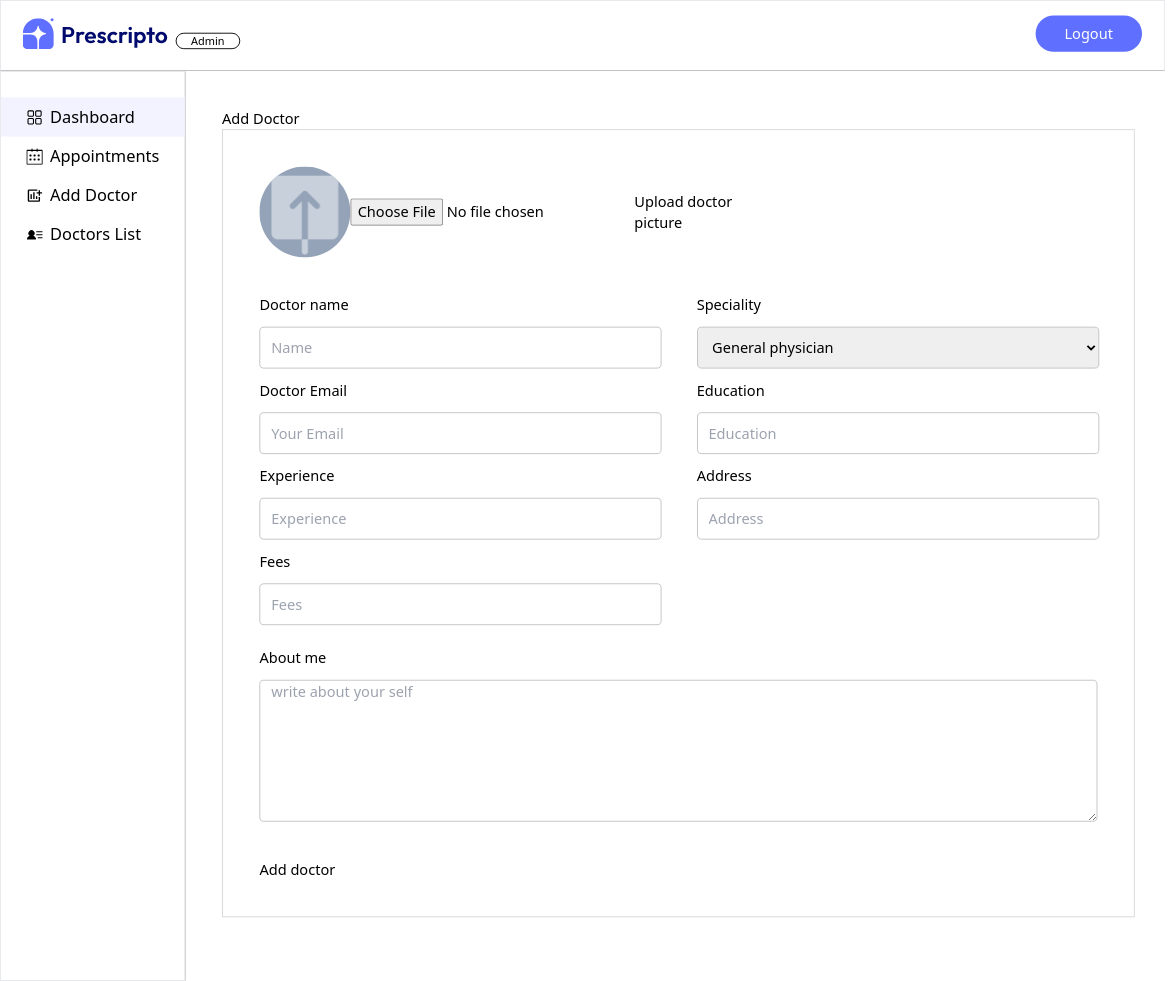
Repository: AzizHamdi99/Prescripto
Page: /addDoctor (app in AdminPanel/)
The author's editor kept a copy of each file at every save. The page is drawn from the files as they stood at one save, then again after the next save.
The browser window is 1280 px wide. The page is 1287 px wide, so the pictures cover 1287 px, including what lies to the right of the window. The pictures show the whole page, at 91% of full size.
The project was rebuilt for these pictures with package versions that can differ from the ones it lists, and the page was loaded fresh each time. Also part of the build but not shown: AdminPanel/vite.config.js.

Above is the page before, as saved 2025-01-02 15:34:02.

### AdminPanel/src/main.jsx
import { StrictMode } from 'react'
import { createRoot } from 'react-dom/client'
import './index.css'
import App from './App.jsx'
import { BrowserRouter } from "react-router-dom";

createRoot(document.getElementById('root')).render(
  <BrowserRouter>
    <App />
  </BrowserRouter>,
)

### AdminPanel/src/App.jsx
import { useState } from 'react'
import{Route,Routes} from 'react-router-dom'

import './App.css'
import Navbar from './componants/Navbar'
import SideBar from './componants/SideBar'
import AddDoctor from './componants/AddDoctor'

function App() {


  return (
    <div>
      <Navbar/>
      <div className='flex'>
      <SideBar/>
      <Routes>
      <Route path='/addDoctor' element={<AddDoctor/>}/>
      </Routes>
      </div>
    </div>

  )
}

export default App

### AdminPanel/src/componants/Navbar.jsx
import React from 'react'
import { assets } from '../../../frontend/src/assets/assets_frontend/assets'

function Navbar() {
  return (
    <div className='flex items-center justify-between px-6 py-4 pb-5 border-b-[#BEBEBE] border-[1px]  '>
        <div className='flex items-center justify-center'>
        <img src={assets.logo} alt="" className=' w-40 mr-2'  />
         <p className=' px-4 border-black border 1 rounded-xl font-light text-xs relative top-2'>Admin</p>
                </div>
        <span className='py-2 px-8 rounded-3xl bg-[#5F6FFF] text-white'>Logout</span>



    </div>
  )
}

export default Navbar

### AdminPanel/src/componants/SideBar.jsx
import React from 'react'
import { assets } from '../../../frontend/src/assets/assets_frontend/assets'
import { RxDashboard } from "react-icons/rx";
import { SlCalender } from "react-icons/sl";
import { MdAddChart } from "react-icons/md";
import { PiUserListFill } from "react-icons/pi";
import { useNavigate } from 'react-router-dom';


function SideBar() {
  const navigate=useNavigate();
  return (
    <div className='flex flex-col py-7 w-72 text-[18px] border-r-[#BEBEBE] border-[1px] h-[1000px]'>
        <div className='flex items-center gap-2  px-7 py-2 bg-[#F2F3FF] cursor-pointer'>
        <RxDashboard />
        <p>Dashboard</p>
        </div>
        <div className='flex items-center gap-2 px-7 py-2  cursor-pointer' >
        <SlCalender />
        <p>Appointments</p>
        </div>
        <div onClick={()=>navigate("/addDoctor")} className='flex items-center gap-2 px-7 py-2  cursor-pointer'>
        <MdAddChart />
        <p>Add Doctor</p>
        </div>
        <div className='flex items-center gap-2 px-7 py-2  cursor-pointer'>
        <PiUserListFill />
        <p>Doctors List</p>
        </div>

    </div>
  )
}

export default SideBar

### AdminPanel/src/componants/AddDoctor.jsx
import React from 'react'
import { assets } from '../../../frontend/src/assets/assets_frontend/assets'
import { specialityData } from '../../../frontend/src/assets/assets_frontend/assets'

function AddDoctor() {
  return (
    <div className='p-10'>
        <p>Add Doctor</p>
        <form action="" className='border-[1px] border-[#D8D8D8] p-10'>
            <div className='flex items-center'>
                <img className='bg-slate-400 rounded-[50%]' src={assets.upload_icon} alt="" />
                <input type="file" name="image" id="" />
                <p>Upload doctor <br /> picture</p>

            </div>
            <div className='grid grid-cols-2 gap-10 mt-10'>
                <div className='flex flex-col gap-3'>

                            <label htmlFor="">Doctor name</label>
                            <input type="text" placeholder='Name' className='w-[442px] h-[46px] rounded-[5px] border-[1.5px] border-[#C1C1C1] px-3' />


                            <label htmlFor="">Doctor Email</label>
                            <input type="email" placeholder='Your Email' className='w-[442px] h-[46px] rounded-[5px] border-[1.5px] border-[#C1C1C1] px-3' />



                            <label htmlFor=""> Experience</label>
                            <input type="number" placeholder='Experience'  className='w-[442px] h-[46px] rounded-[5px] border-[1.5px] border-[#C1C1C1] px-3'/>


                            <label htmlFor="">Fees</label>
                            <input type="number" placeholder='Fees' className='w-[442px] h-[46px] rounded-[5px] border-[1.5px] border-[#C1C1C1] px-3'/>

                </div>
                <div className='flex flex-col gap-3'>
                    <label htmlFor="">Speciality</label>
                    <select className='w-[442px] h-[46px] rounded-[5px] border-[1.5px] border-[#C1C1C1] px-3' name="" id="">
                        {specialityData.map((item,key)=>(
                            <option  value="">{item.speciality}</option>
                        ))}


                    </select>

                            <label htmlFor="">Education</label>
                            <input className='w-[442px] h-[46px] rounded-[5px] border-[1.5px] border-[#C1C1C1] px-3' type="text" placeholder='Education' />


                            <label htmlFor="">Address</label>
                            <input className='w-[442px] h-[46px] rounded-[5px] border-[1.5px] border-[#C1C1C1] px-3' type="number" placeholder='Address' />



                </div>
            </div>
            <div className='mt-6 flex flex-col gap-3'>

                         <label htmlFor="">About me </label>
                        <textarea className='w-[921px] h-[156px] rounded-[5px] border-[1.5px] border-[#C1C1C1] px-3' name="" id="" placeholder='write about your self'></textarea>

            </div>
            <button className='mt-10 '>Add doctor</button>







        </form>


    </div>
  )
}

export default AddDoctor

### frontend/src/assets/assets_frontend/assets.js
import appointment_img from './appointment_img.png'
import header_img from './header_img.png'
import group_profiles from './group_profiles.png'
import profile_pic from './profile_pic.png'
import contact_image from './contact_image.png'
import about_image from './about_image.png'
import logo from './logo.svg'
import dropdown_icon from './dropdown_icon.svg'
import dropup_icon from './arrow-drop-up.svg'
import menu_icon from './menu_icon.svg'
import cross_icon from './cross_icon.png'
import chats_icon from './chats_icon.svg'
import verified_icon from './verified_icon.svg'
import arrow_icon from './arrow_icon.svg'
import info_icon from './info_icon.svg'
import upload_icon from './upload_icon.png'
import stripe_logo from './stripe_logo.png'
import razorpay_logo from './razorpay_logo.png'
import doc1 from './doc1.png'
import doc2 from './doc2.png'
import doc3 from './doc3.png'
import doc4 from './doc4.png'
import doc5 from './doc5.png'
import doc6 from './doc6.png'
import doc7 from './doc7.png'
import doc8 from './doc8.png'
import doc9 from './doc9.png'
import doc10 from './doc10.png'
import doc11 from './doc11.png'
import doc12 from './doc12.png'
import doc13 from './doc13.png'
import doc14 from './doc14.png'
import doc15 from './doc15.png'
import Dermatologist from './Dermatologist.svg'
import Gastroenterologist from './Gastroenterologist.svg'
import General_physician from './General_physician.svg'
import Gynecologist from './Gynecologist.svg'
import Neurologist from './Neurologist.svg'
import Pediatricians from './Pediatricians.svg'


export const assets = {
    appointment_img,
    header_img,
    group_profiles,
    logo,
    chats_icon,
    verified_icon,
    info_icon,
    profile_pic,
    arrow_icon,
    contact_image,
    about_image,
    menu_icon,
    cross_icon,
    dropdown_icon,
    upload_icon,
    stripe_logo,
    razorpay_logo,
    dropup_icon
}

export const specialityData = [
    {
        speciality: 'General physician',
        image: General_physician
    },
    {
        speciality: 'Gynecologist',
        image: Gynecologist
    },
    {
        speciality: 'Dermatologist',
        image: Dermatologist
    },
    {
        speciality: 'Pediatricians',
        image: Pediatricians
    },
    {
        speciality: 'Neurologist',
        image: Neurologist
    },
    {
        speciality: 'Gastroenterologist',
        image: Gastroenterologist
    },
]

export const doctors = [
    {
        _id: 'doc1',
        name: 'Dr. Richard James',
        image: doc1,
        speciality: 'General physician',
        degree: 'MBBS',
        experience: '4 Years',
        about: 'Dr. Davis has a strong commitment to delivering comprehensive medical care, focusing on preventive medicine, early diagnosis, and effective treatment strategies. Dr. Davis has a strong commitment to delivering comprehensive medical care, focusing on preventive medicine, early diagnosis, and effective treatment strategies.',
        fees: 50,
        address: {
            line1: '17th Cross, Richmond',
            line2: 'Circle, Ring Road, London'
        }
    },
    {
        _id: 'doc2',
        name: 'Dr. Emily Larson',
        image: doc2,
        speciality: 'Gynecologist',
        degree: 'MBBS',
        experience: '3 Years',
        about: 'Dr. Davis has a strong commitment to delivering comprehensive medical care, focusing on preventive medicine, early diagnosis, and effective treatment strategies. Dr. Davis has a strong commitment to delivering comprehensive medical care, focusing on preventive medicine, early diagnosis, and effective treatment strategies.',
        fees: 60,
        address: {
            line1: '27th Cross, Richmond',
            line2: 'Circle, Ring Road, London'
        }
    },
    {
        _id: 'doc3',
        name: 'Dr. Sarah Patel',
        image: doc3,
        speciality: 'Dermatologist',
        degree: 'MBBS',
        experience: '1 Years',
        about: 'Dr. Davis has a strong commitment to delivering comprehensive medical care, focusing on preventive medicine, early diagnosis, and effective treatment strategies. Dr. Davis has a strong commitment to delivering comprehensive medical care, focusing on preventive medicine, early diagnosis, and effective treatment strategies.',
        fees: 30,
        address: {
            line1: '37th Cross, Richmond',
            line2: 'Circle, Ring Road, London'
        }
    },
    {
        _id: 'doc4',
        name: 'Dr. Christopher Lee',
        image: doc4,
        speciality: 'Pediatricians',
        degree: 'MBBS',
        experience: '2 Years',
        about: 'Dr. Davis has a strong commitment to delivering comprehensive medical care, focusing on preventive medicine, early diagnosis, and effective treatment strategies. Dr. Davis has a strong commitment to delivering comprehensive medical care, focusing on preventive medicine, early diagnosis, and effective treatment strategies.',
        fees: 40,
        address: {
            line1: '47th Cross, Richmond',
            line2: 'Circle, Ring Road, London'
        }
    },
    {
        _id: 'doc5',
        name: 'Dr. Jennifer Garcia',
        image: doc5,
        speciality: 'Neurologist',
        degree: 'MBBS',
        experience: '4 Years',
        about: 'Dr. Davis has a strong commitment to delivering comprehensive medical care, focusing on preventive medicine, early diagnosis, and effective treatment strategies. Dr. Davis has a strong commitment to delivering comprehensive medical care, focusing on preventive medicine, early diagnosis, and effective treatment strategies.',
        fees: 50,
        address: {
            line1: '57th Cross, Richmond',
            line2: 'Circle, Ring Road, London'
        }
    },
    {
        _id: 'doc6',
        name: 'Dr. Andrew Williams',
        image: doc6,
        speciality: 'Neurologist',
        degree: 'MBBS',
        experience: '4 Years',
        about: 'Dr. Davis has a strong commitment to delivering comprehensive medical care, focusing on preventive medicine, early diagnosis, and effective treatment strategies. Dr. Davis has a strong commitment to delivering comprehensive medical care, focusing on preventive medicine, early diagnosis, and effective treatment strategies.',
        fees: 50,
        address: {
            line1: '57th Cross, Richmond',
            line2: 'Circle, Ring Road, London'
        }
    },
    {
        _id: 'doc7',
        name: 'Dr. Christopher Davis',
        image: doc7,
        speciality: 'General physician',
        degree: 'MBBS',
        experience: '4 Years',
        about: 'Dr. Davis has a strong commitment to delivering comprehensive medical care, focusing on preventive medicine, early diagnosis, and effective treatment strategies. Dr. Davis has a strong commitment to delivering comprehensive medical care, focusing on preventive medicine, early diagnosis, and effective treatment strategies.',
        fees: 50,
        address: {
            line1: '17th Cross, Richmond',
            line2: 'Circle, Ring Road, London'
        }
    },
    {
        _id: 'doc8',
        name: 'Dr. Timothy White',
        image: doc8,
        speciality: 'Gynecologist',
        degree: 'MBBS',
        experience: '3 Years',
        about: 'Dr. Davis has a strong commitment to delivering comprehensive medical care, focusing on preventive medicine, early diagnosis, and effective treatment strategies. Dr. Davis has a strong commitment to delivering comprehensive medical care, focusing on preventive medicine, early diagnosis, and effective treatment strategies.',
        fees: 60,
        address: {
            line1: '27th Cross, Richmond',
            line2: 'Circle, Ring Road, London'
        }
    },
    {
        _id: 'doc9',
        name: 'Dr. Ava Mitchell',
        image: doc9,
        speciality: 'Dermatologist',
        degree: 'MBBS',
        experience: '1 Years',
        about: 'Dr. Davis has a strong commitment to delivering comprehensive medical care, focusing on preventive medicine, early diagnosis, and effective treatment strategies. Dr. Davis has a strong commitment to delivering comprehensive medical care, focusing on preventive medicine, early diagnosis, and effective treatment strategies.',
        fees: 30,
        address: {
            line1: '37th Cross, Richmond',
            line2: 'Circle, Ring Road, London'
        }
    },
    {
        _id: 'doc10',
        name: 'Dr. Jeffrey King',
        image: doc10,
        speciality: 'Pediatricians',
        degree: 'MBBS',
        experience: '2 Years',
        about: 'Dr. Davis has a strong commitment to delivering comprehensive medical care, focusing on preventive medicine, early diagnosis, and effective treatment strategies. Dr. Davis has a strong commitment to delivering comprehensive medical care, focusing on preventive medicine, early diagnosis, and effective treatment strategies.',
        fees: 40,
        address: {
            line1: '47th Cross, Richmond',
            line2: 'Circle, Ring Road, London'
        }
    },
    {
        _id: 'doc11',
        name: 'Dr. Zoe Kelly',
        image: doc11,
        speciality: 'Neurologist',
        degree: 'MBBS',
        experience: '4 Years',
        about: 'Dr. Davis has a strong commitment to delivering comprehensive medical care, focusing on preventive medicine, early diagnosis, and effective treatment strategies. Dr. Davis has a strong commitment to delivering comprehensive medical care, focusing on preventive medicine, early diagnosis, and effective treatment strategies.',
        fees: 50,
        address: {
            line1: '57th Cross, Richmond',
            line2: 'Circle, Ring Road, London'
        }
    },
    {
        _id: 'doc12',
        name: 'Dr. Patrick Harris',
        image: doc12,
        speciality: 'Neurologist',
        degree: 'MBBS',
        experience: '4 Years',
        about: 'Dr. Davis has a strong commitment to delivering comprehensive medical care, focusing on preventive medicine, early diagnosis, and effective treatment strategies. Dr. Davis has a strong commitment to delivering comprehensive medical care, focusing on preventive medicine, early diagnosis, and effective treatment strategies.',
        fees: 50,
        address: {
            line1: '57th Cross, Richmond',
            line2: 'Circle, Ring Road, London'
        }
    },
    {
        _id: 'doc13',
        name: 'Dr. Chloe Evans',
        image: doc13,
        speciality: 'General physician',
        degree: 'MBBS',
        experience: '4 Years',
        about: 'Dr. Davis has a strong commitment to delivering comprehensive medical care, focusing on preventive medicine, early diagnosis, and effective treatment strategies. Dr. Davis has a strong commitment to delivering comprehensive medical care, focusing on preventive medicine, early diagnosis, and effective treatment strategies.',
        fees: 50,
        address: {
            line1: '17th Cross, Richmond',
            line2: 'Circle, Ring Road, London'
        }
    },
    {
        _id: 'doc14',
        name: 'Dr. Ryan Martinez',
        image: doc14,
        speciality: 'Gynecologist',
        degree: 'MBBS',
        experience: '3 Years',
        about: 'Dr. Davis has a strong commitment to delivering comprehensive medical care, focusing on preventive medicine, early diagnosis, and effective treatment strategies. Dr. Davis has a strong commitment to delivering comprehensive medical care, focusing on preventive medicine, early diagnosis, and effective treatment strategies.',
        fees: 60,
        address: {
            line1: '27th Cross, Richmond',
            line2: 'Circle, Ring Road, London'
        }
    },
    {
        _id: 'doc15',
        name: 'Dr. Amelia Hill',
        image: doc15,
        speciality: 'Dermatologist',
        degree: 'MBBS',
        experience: '1 Years',
        about: 'Dr. Davis has a strong commitment to delivering comprehensive medical care, focusing on preventive medicine, early diagnosis, and effective treatment strategies. Dr. Davis has a strong commitment to delivering comprehensive medical care, focusing on preventive medicine, early diagnosis, and effective treatment strategies.',
        fees: 30,
        address: {
            line1: '37th Cross, Richmond',
            line2: 'Circle, Ring Road, London'
        }
    },
]

Loaded but not shown: AdminPanel/index.html (common file); AdminPanel/src/index.css (common file); AdminPanel/tailwind.config.js (common file); AdminPanel/src/App.css (no stored copy; drawn as an empty file)

After the next save:
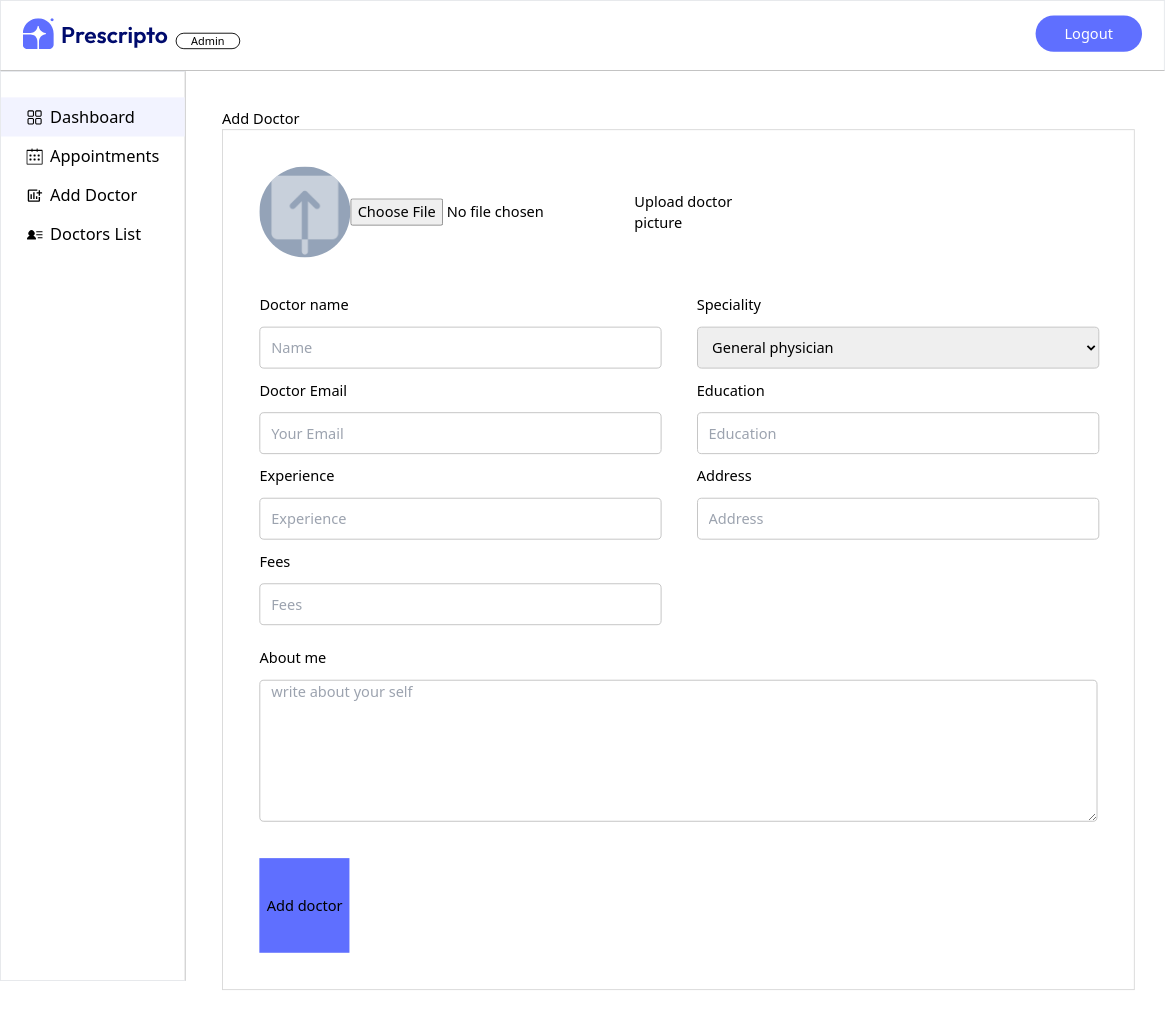
Saved 19 s later.
--- a/AdminPanel/src/componants/AddDoctor.jsx
+++ b/AdminPanel/src/componants/AddDoctor.jsx
@@ -60,7 +60,7 @@
                         <textarea className='w-[921px] h-[156px] rounded-[5px] border-[1.5px] border-[#C1C1C1] px-3' name="" id="" placeholder='write about your self'></textarea>
 
             </div>
-            <button className='mt-10 '>Add doctor</button>
+            <button className='mt-10 bg-[#5F6FFF] py-10 px-2'>Add doctor</button>
 
 
 
